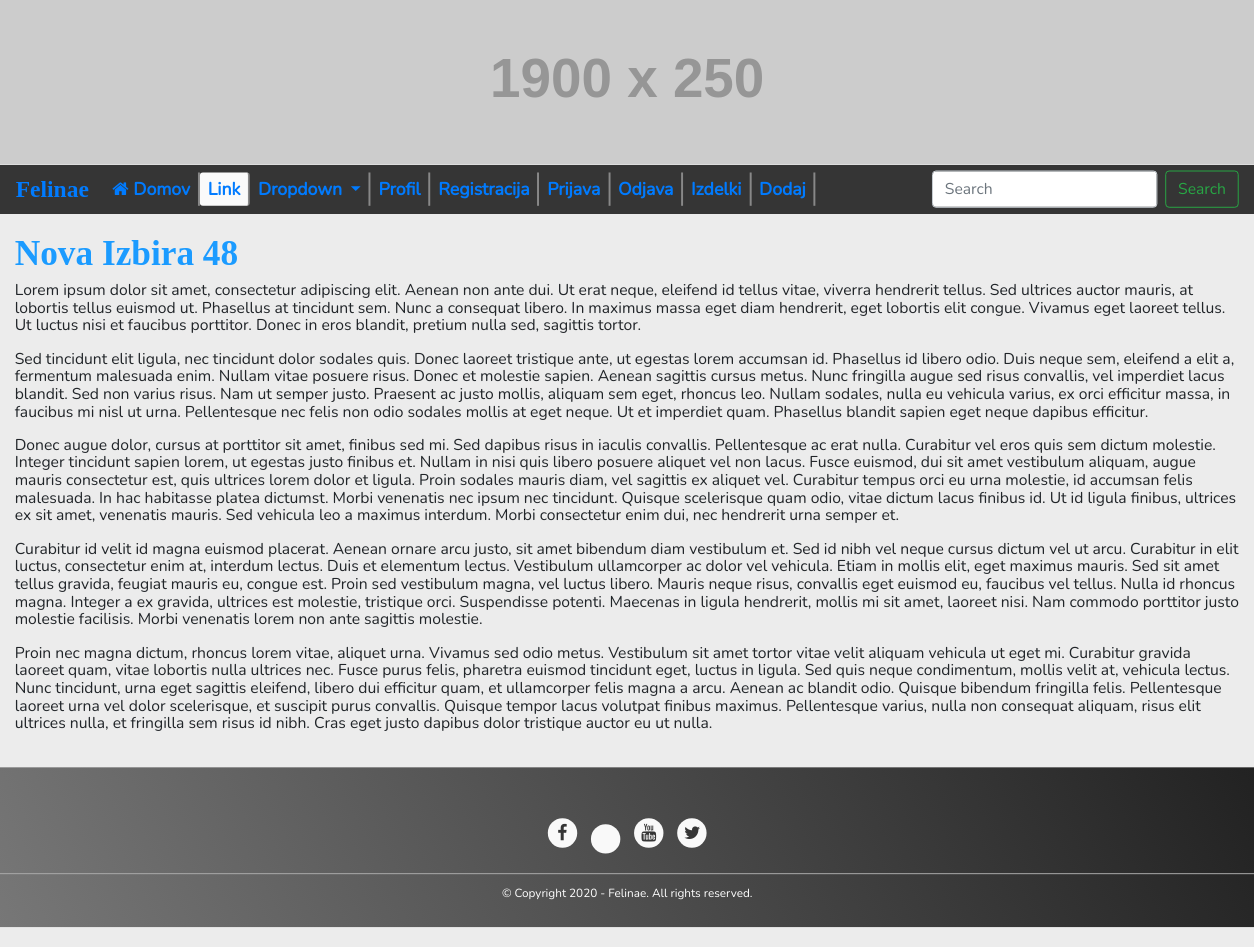
Repository: UrbyK/Felinae
Page: http://localhost/index.php?page=home
The author's editor kept a copy of each file at every save. The page is drawn from the files as they stood at one save, then again after the next save.
The browser window is 1280 px wide. The pictures show the whole page, at 98% of full size.
Some web fonts or font styles are not loaded; a fallback is used. The page is run by PHP 8.4 with error messages shown; the project is at /var/www/html/.

Above is the page before, as saved 2020-08-29 19:21:31.

### index.php
<?php
    session_start();

    include './functions.php';

    $pdo = pdo_connect_mysql();

    $_GET   = filter_input_array(INPUT_GET, FILTER_SANITIZE_STRING);
    $_POST  = filter_input_array(INPUT_POST, FILTER_SANITIZE_STRING);

    $page = isset($_GET['page']) && file_exists($_GET['page']. '.php') ? $_GET['page'] : 'home';
    include $page . '.php';

    template_footer();

?>

### functions.php
<?php
    include './includes/dbh.inc.php';

    include_once('./includes/search-functions.php');
    include_once('./includes/picture-upload.inc.php');

    function template_header($title){
        include_once('./header.php');
    }

    function template_footer(){
        include_once('./footer.php');
    }


    function countries(){
        $pdo = pdo_connect_mysql();
        $stmt = $pdo->prepare("SELECT * FROM country");
        $stmt->execute();
        $result = $stmt->fetchAll(PDO::FETCH_ASSOC);
        return $result;
    }

    function slugify($string){
        return strtolower(trim(preg_replace('/[^A-Za-z0-9-]+/', '-', $string), '-'));
    }

    function get_image($product_id){
        $pdo = pdo_connect_mysql();
        $stmt = $pdo->prepare("SELECT * FROM product_image WHERE product_id = ?");
        $stmt->execute([$product_id]);
        $result = $stmt->fetchAll(PDO::FETCH_ASSOC);
        return $result;
    }

    function retail_price($product_id){
        $pdo = pdo_connect_mysql();
        $stmt = $pdo->prepare("SELECT * FROM product WHERE ID = ?");
        $stmt->execute([$product_id]);
        $product = $stmt->fetch();

        if($product['startsAt'] <= date('Y-m-d H:i:s') && date('Y-m-d H:i:s') <= $product['endsAt']){
            $retail_price = round($product['price']-($product['price']*($product['discount']/100)), 2);
        }
        else{
            $retail_price = $product['price'];
        }

        return $retail_price;

    }

?>

### includes/dbh.inc.php
<?php
    function pdo_connect_mysql(){
        /* credentials */
        $dbHost = 'localhost';
        $dbUser = 'root';
        $dbPass = '';
        $dbName = 'felinae';

        try{
            return new PDO('mysql:host=' . $dbHost . ';dbname=' . $dbName . ';charset=utf8', $dbUser, $dbPass);
        } catch (PDOException $exception) {
            // If there is an error with the connection, stop the script and display the error.
            die ('Failed to connect to database!'. $exception->getMessage());
        }
    }
?>

### includes/search-functions.php
<?php
    function get_city($pdo, $city, $postalCode, $country_id){

        $query = "SELECT * FROM city WHERE country_id = ? AND lower(city) LIKE lower(?) AND postalCode = ?";
        $stmt = $pdo->prepare($query);
        $stmt->execute([$country_id, $city, $postalCode]);
        return $stmt;
    }
?>

### includes/picture-upload.inc.php
<?php

    function image_upload($product_id, $url, $caption, $i){

        $pdo = pdo_connect_mysql();
        $target_dir = "./uploads/";
        $relative_dir = "./uploads/";

        $change_name = date("Y-m-d-h-i-s")."-".$product_id."-".basename($url);
        $change_name;
        $target_file = $target_dir . $change_name;
        $relative_file = $relative_dir . $change_name;

        $uploadOk = 1;
        $imageFileType = strtolower(pathinfo($target_file,PATHINFO_EXTENSION));

        if(isset($_POST["submit"])) {
            $check = getimagesize($_FILES["image"]["tmp_name"][$i]);
            if($check !== false) {
                //echo "File is an image - " . $check["mime"] . ".";
                $uploadOk = 1;
            } else {
                //echo "File is not an image.";
                $uploadOk = 0;
            }
        }

        if($imageFileType != "jpg" && $imageFileType != "png" && $imageFileType != "jpeg"
        && $imageFileType != "gif" ) {
            $uploadOk = 0;
        }

        if ($uploadOk == 1) {
            if (move_uploaded_file($_FILES["image"]["tmp_name"][$i], $target_file)) {
                //vse je ok, zapišem še v bazo
                $query = "INSERT INTO product_image(product_id, image, caption) VALUES (?,?,?)";
                $stmt = $pdo->prepare($query);
                $stmt->execute([$product_id, $relative_file, $caption]);
            }
        }
    }

?>

### home.php
<?=template_header('Home')?>
<div class="row">
    <h1>Nova Izbira 48</h1>
    <p>
    Lorem ipsum dolor sit amet, consectetur adipiscing elit. Aenean non ante dui. Ut erat neque, eleifend id tellus vitae, viverra hendrerit tellus. Sed ultrices auctor mauris, at lobortis tellus euismod ut. Phasellus at tincidunt sem. Nunc a consequat libero. In maximus massa eget diam hendrerit, eget lobortis elit congue. Vivamus eget laoreet tellus. Ut luctus nisi et faucibus porttitor. Donec in eros blandit, pretium nulla sed, sagittis tortor.
    </p>
    <p>
    Sed tincidunt elit ligula, nec tincidunt dolor sodales quis. Donec laoreet tristique ante, ut egestas lorem accumsan id. Phasellus id libero odio. Duis neque sem, eleifend a elit a, fermentum malesuada enim. Nullam vitae posuere risus. Donec et molestie sapien. Aenean sagittis cursus metus. Nunc fringilla augue sed risus convallis, vel imperdiet lacus blandit. Sed non varius risus. Nam ut semper justo. Praesent ac justo mollis, aliquam sem eget, rhoncus leo. Nullam sodales, nulla eu vehicula varius, ex orci efficitur massa, in faucibus mi nisl ut urna. Pellentesque nec felis non odio sodales mollis at eget neque. Ut et imperdiet quam. Phasellus blandit sapien eget neque dapibus efficitur.
    </p>
    <p>
    Donec augue dolor, cursus at porttitor sit amet, finibus sed mi. Sed dapibus risus in iaculis convallis. Pellentesque ac erat nulla. Curabitur vel eros quis sem dictum molestie. Integer tincidunt sapien lorem, ut egestas justo finibus et. Nullam in nisi quis libero posuere aliquet vel non lacus. Fusce euismod, dui sit amet vestibulum aliquam, augue mauris consectetur est, quis ultrices lorem dolor et ligula. Proin sodales mauris diam, vel sagittis ex aliquet vel. Curabitur tempus orci eu urna molestie, id accumsan felis malesuada. In hac habitasse platea dictumst. Morbi venenatis nec ipsum nec tincidunt. Quisque scelerisque quam odio, vitae dictum lacus finibus id. Ut id ligula finibus, ultrices ex sit amet, venenatis mauris. Sed vehicula leo a maximus interdum. Morbi consectetur enim dui, nec hendrerit urna semper et.
    </p>
    <p>
    Curabitur id velit id magna euismod placerat. Aenean ornare arcu justo, sit amet bibendum diam vestibulum et. Sed id nibh vel neque cursus dictum vel ut arcu. Curabitur in elit luctus, consectetur enim at, interdum lectus. Duis et elementum lectus. Vestibulum ullamcorper ac dolor vel vehicula. Etiam in mollis elit, eget maximus mauris. Sed sit amet tellus gravida, feugiat mauris eu, congue est. Proin sed vestibulum magna, vel luctus libero. Mauris neque risus, convallis eget euismod eu, faucibus vel tellus. Nulla id rhoncus magna. Integer a ex gravida, ultrices est molestie, tristique orci. Suspendisse potenti. Maecenas in ligula hendrerit, mollis mi sit amet, laoreet nisi. Nam commodo porttitor justo molestie facilisis. Morbi venenatis lorem non ante sagittis molestie.
    </p>
    <p>
    Proin nec magna dictum, rhoncus lorem vitae, aliquet urna. Vivamus sed odio metus. Vestibulum sit amet tortor vitae velit aliquam vehicula ut eget mi. Curabitur gravida laoreet quam, vitae lobortis nulla ultrices nec. Fusce purus felis, pharetra euismod tincidunt eget, luctus in ligula. Sed quis neque condimentum, mollis velit at, vehicula lectus. Nunc tincidunt, urna eget sagittis eleifend, libero dui efficitur quam, et ullamcorper felis magna a arcu. Aenean ac blandit odio. Quisque bibendum fringilla felis. Pellentesque laoreet urna vel dolor scelerisque, et suscipit purus convallis. Quisque tempor lacus volutpat finibus maximus. Pellentesque varius, nulla non consequat aliquam, risus elit ultrices nulla, et fringilla sem risus id nibh. Cras eget justo dapibus dolor tristique auctor eu ut nulla.
    </p>
</div>

<?=template_footer()?>

### header.php
<!DOCTYPE html>
<html>
    <head>
        <meta charset="utf-8" content="text/html"/>
        <meta name="viewport" content="width=device-width, intital-scale=1.0"/>

        <!-- JavaScript -->
        <script src="https://code.jquery.com/jquery-3.5.1.js" integrity="sha256-QWo7LDvxbWT2tbbQ97B53yJnYU3WhH/C8ycbRAkjPDc=" crossorigin="anonymous"></script>
        <!-- Boostrap -->
            <!-- CSS -->
        <link rel="stylesheet" href="https://stackpath.bootstrapcdn.com/bootstrap/4.5.0/css/bootstrap.min.css"
            integrity="sha384-9aIt2nRpC12Uk9gS9baDl411NQApFmC26EwAOH8WgZl5MYYxFfc+NcPb1dKGj7Sk" crossorigin="anonymous" />

            <!-- JavaScript -->
        <script src="https://stackpath.bootstrapcdn.com/bootstrap/4.5.0/js/bootstrap.bundle.min.js"
             integrity="sha384-1CmrxMRARb6aLqgBO7yyAxTOQE2AKb9GfXnEo760AUcUmFx3ibVJJAzGytlQcNXd" crossorigin="anonymous"></script>

        <!-- FONTAWESOME -->
        <link rel="stylesheet" href="https://stackpath.bootstrapcdn.com/font-awesome/4.7.0/css/font-awesome.min.css" integrity="sha384-wvfXpqpZZVQGK6TAh5PVlGOfQNHSoD2xbE+QkPxCAFlNEevoEH3Sl0sibVcOQVnN"
         crossorigin="anonymous">

         <script src="./js/active-menu.js" crossorigin="anonymous"></script>

         <!--CUSTOM CSS-->
         <link rel="stylesheet" href="./css/style.css">

        <title>Felinae</title>
    </head>

    <body>

        <header>
            <div class="banner"><img src="https://via.placeholder.com/1900x250" alt="banner"></div>
        </header>

       <!-- <nav class="navbar sticky-top navbar-expand-lg navbar-light bg-light ">-->
        <nav class="navbar sticky-top navbar-expand-lg">
            <a class="navbar-brand" href="#">Felinae</a>
            <button class="navbar-toggler ml-auto custom-toggler" type="button" data-toggle="collapse" data-target="#navbarSupportedContent" aria-controls="navbarSupportedContent" aria-expanded="false" aria-label="Toggle navigation">
                <span class="navbar-toggler-icon"></span>
            </button>

            <div class="collapse navbar-collapse" id="navbarSupportedContent">

                <ul class="navbar-nav mr-auto">
                    <li class="nav-item">
                        <a class="nav-link" href="./index.php"><i class="fa fa-home" aria-hidden="true"></i> Domov <span class="sr-only">(current)</span></a>
                    </li>
                    <li class="nav-item">
                        <a class="nav-link" href="./index.php?page=home">Link</a>
                    </li>
                    <li class="nav-item dropdown" >
                        <a class="nav-link dropdown-toggle" href="#" id="navbarDropdown" role="button" data-toggle="dropdown" aria-haspopup="true" aria-expanded="false">
                        Dropdown
                        </a>
                        <div class="dropdown-menu" aria-labelledby="navbarDropdown">
                        <a class="dropdown-item" href="#">Action</a>
                        <a class="dropdown-item" href="#">Another action</a>
                        <div class="dropdown-divider"></div>
                        <a class="dropdown-item" href="#">Something else here</a>
                        </div>
                    </li>

                    <li class="nav-item">
                        <a class="nav-link" href="./index.php?page=profile">Profil</a>
                    </li>
                    <li class="nav-item">
                        <a class="nav-link" href="./index.php?page=register-user">Registracija</a>
                    </li>
                    <li class="nav-item">
                        <a class="nav-link" href="./index.php?page=login">Prijava</a>
                    </li>
                    <li class="nav-item">
                        <a class="nav-link" href="./index.php?page=logout">Odjava</a>
                    </li>
                    <li class="nav-item">
                        <a class="nav-link" href="./index.php?page=products">Izdelki</a>
                    </li>
                    <li class="nav-item">
                        <a class="nav-link" href="./index.php?page=product-add">Dodaj</a>
                    </li>

                </ul>

                <form class="form-inline my-2 my-lg-0">
                    <input class="form-control mr-sm-2" type="search" placeholder="Search" aria-label="Search">
                    <button class="btn btn-outline-success my-2 my-sm-0" type="submit">Search</button>
                </form>

            </div>
        </nav>

    <div class="container-fluid">

### footer.php
    </div><!-- class="container-fluid" --->

        <footer class="page-footer font-small flow-footer" id="footer" role="contentinfo">
            <div class="footer-wrapper">
                <div class="container container-footer">
                    <div class="row text-center">
                        <div class="col-12">
                            <ul class="social-network social-circle">
                                <li><a href="https://www.facebook.com" target="_blank" class="icoFacebook" title="Facebook"><i class="fa fa-facebook-f"></i></a></li>
                                <li><a href="https://www.linkedin.com" target="_blank" class="icoLinkedin" title="Linkedin"><i class="fa fa-linkedin-in"></i></a></li>
                                <li><a href="https://www.youtube.com" target="_blank" class="icoYoutube" title="Youtube"><i class="fa fa-youtube"></i></a></li>
                                <li><a href="https://twitter.com" target="_blank" class="icoTwitter" title="Twitter"><i class="fa fa-twitter"></i></a></li>
                            </ul>
                            </div>
                        </div>
                    </div>
                    <div class="row">
                        <div class="col-12 copy">
                            <p class="text-center">&copy; Copyright 2020 - Felinae.  All rights reserved.</p>
                        </div>
                    </div>
                </div>
            </div>
        </footer>





    </body>
</html>

Loaded but not shown: js/active-menu.js (12 lines, source omitted); css/style.css (589 lines, source omitted)

After the next save:
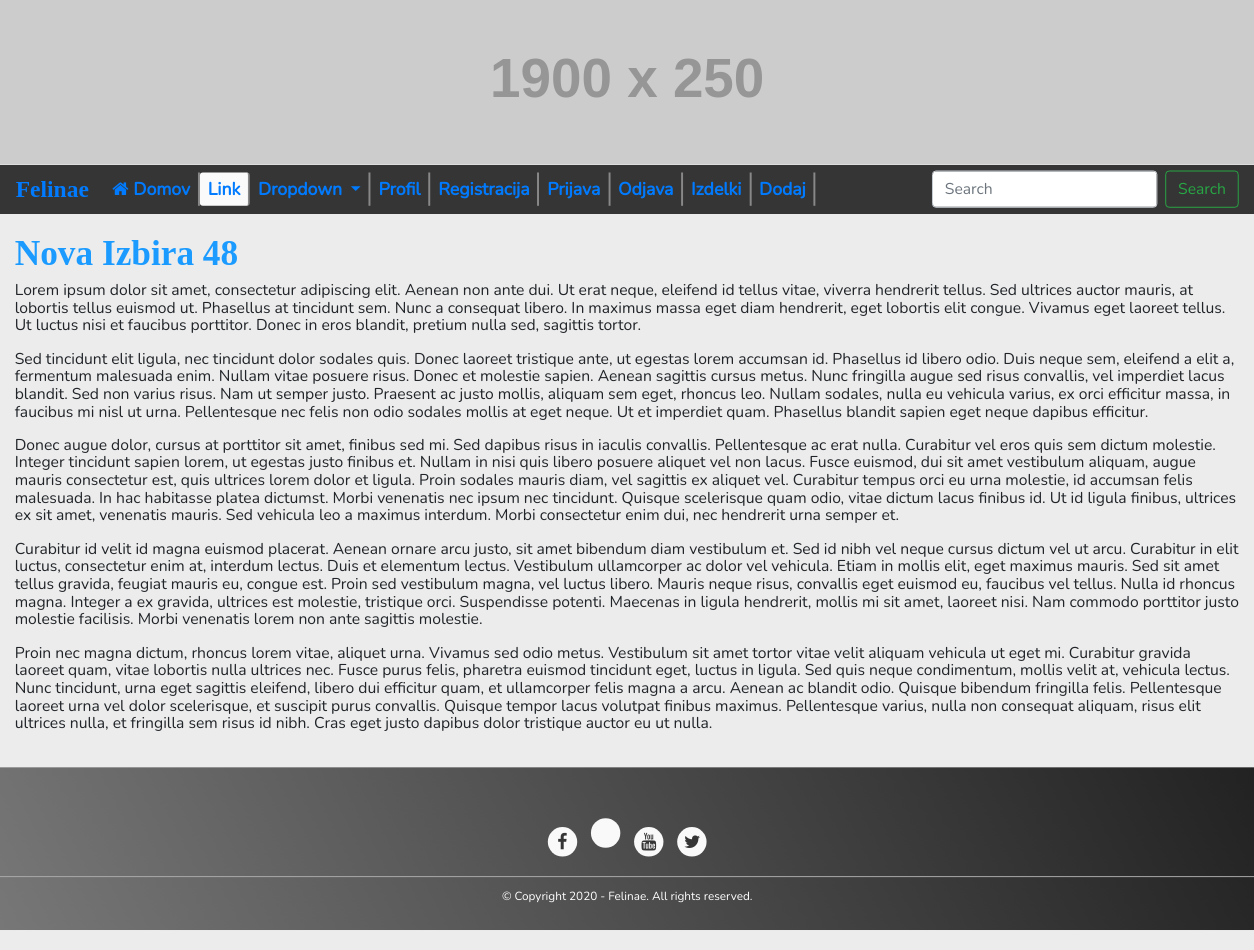
Saved 11 s later.
--- a/footer.php
+++ b/footer.php
@@ -7,7 +7,7 @@
                         <div class="col-12">
                             <ul class="social-network social-circle">
                                 <li><a href="https://www.facebook.com" target="_blank" class="icoFacebook" title="Facebook"><i class="fa fa-facebook-f"></i></a></li>
-                                <li><a href="https://www.linkedin.com" target="_blank" class="icoLinkedin" title="Linkedin"><i class="fa fa-linkedin-in"></i></a></li>
+                                <li><a href="https://www.linkedin.com" target="_blank" class="icoLinkedin" title="Linkedin"><i class="fas fa-linkedin-in"></i></a></li>
                                 <li><a href="https://www.youtube.com" target="_blank" class="icoYoutube" title="Youtube"><i class="fa fa-youtube"></i></a></li>
                                 <li><a href="https://twitter.com" target="_blank" class="icoTwitter" title="Twitter"><i class="fa fa-twitter"></i></a></li>
                             </ul>
